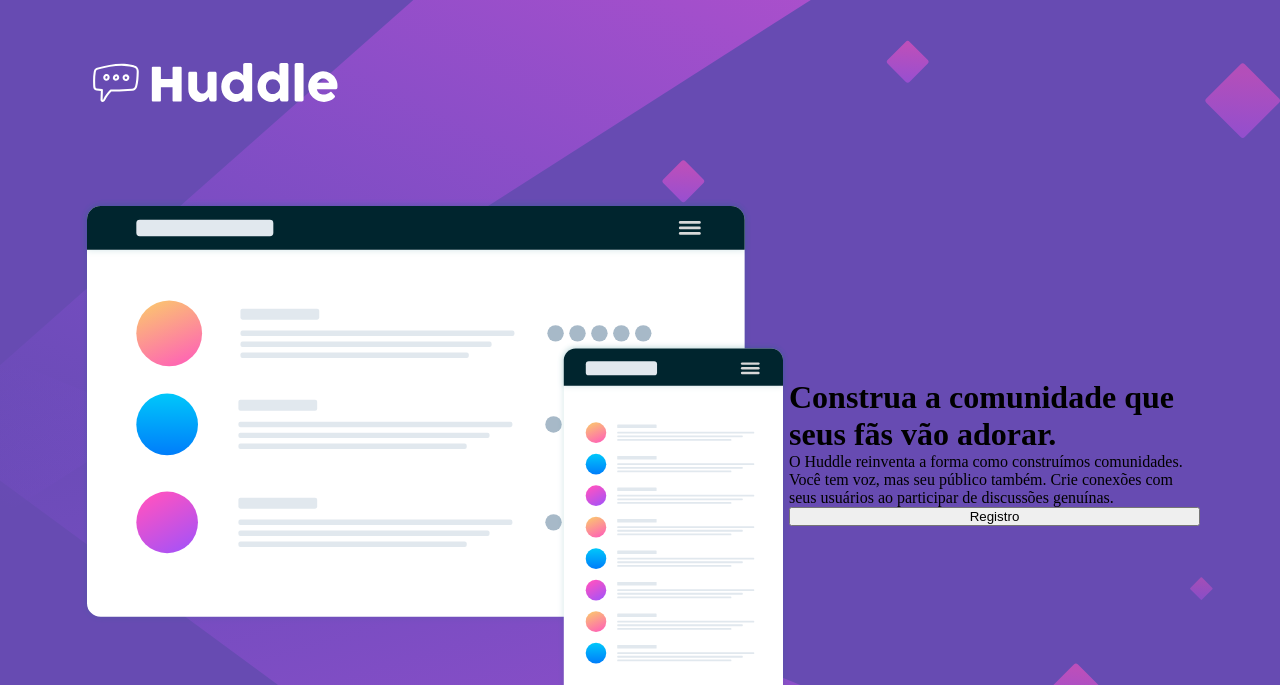
Repository: caique2512/Huddle
Page: index.html
An editor plug-in stored every save of this project. The page is shown before and after a run of saves, followed by the edit.
The browser window is 1280 px wide. The pictures show the part of the page from y = 0 to 685 px (the page is 1363 px tall).
A picture or video elsewhere on the page could not be fetched, so the positions and the page height are approximate.

Above is the page before, as saved 2026-02-27 17:57:15.

After the next 7 saves:
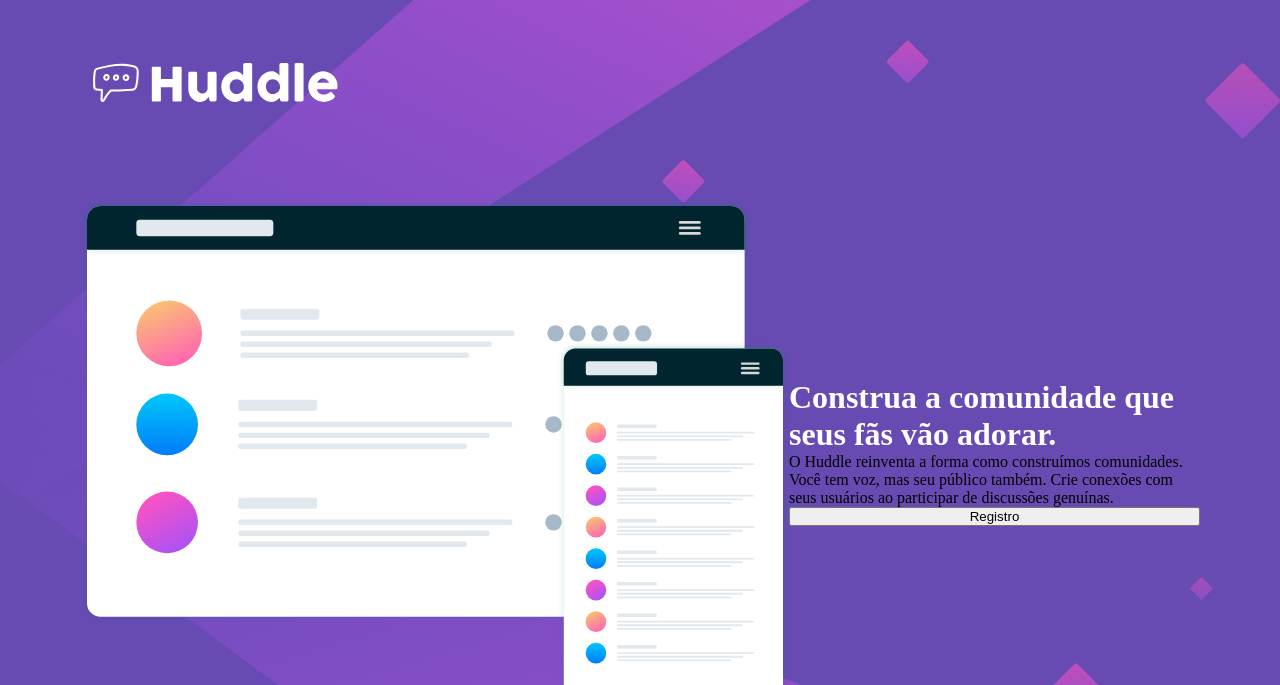
The 7 saves are shown as one change because they came seconds apart.
The last was saved 17 s later.
--- a/src/estilos.css
+++ b/src/estilos.css
@@ -22,5 +22,6 @@
 }
 
 .conteudo .conteudo-principal .titulo {
-
+    color: white;
+    font-size: 2rem;
 }
